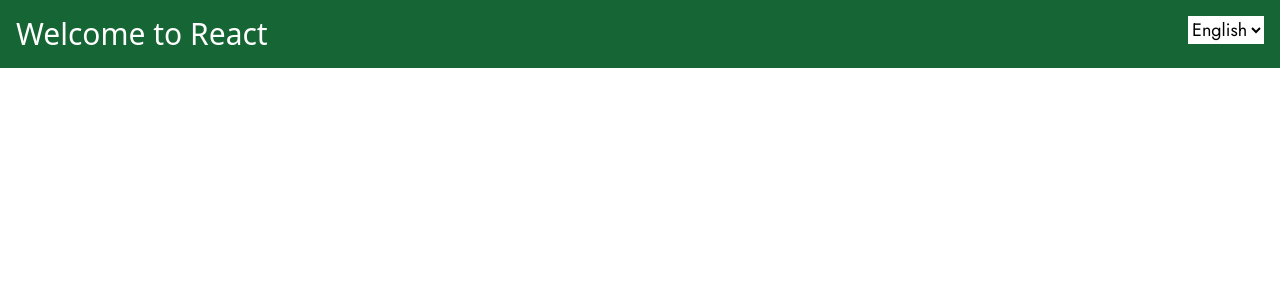
Repository: SaadYasin/react-internationalization
Page: /
The author's editor kept a copy of each file at every save. The page is drawn from the files as they stood at one save, then again after a run of saves.
The browser window is 1280 px wide. The pictures show the whole page.
The project was rebuilt for these pictures with package versions that can differ from the ones it lists, and the page was loaded fresh each time. Also part of the build but not shown: vite.config.js.

Above is the page before, as saved 2024-07-19 14:24:16.

### index.html
<!doctype html>
<html lang="en">
  <head>
    <meta charset="UTF-8" />
    <link rel="icon" type="image/svg+xml" href="/vite.svg" />
    <meta name="viewport" content="width=device-width, initial-scale=1.0" />
    <title>Vite + React</title>

    <!-- FONTS -->
    <link rel="preconnect" href="https://fonts.googleapis.com">
    <link rel="preconnect" href="https://fonts.gstatic.com" crossorigin>
    <link
      href="https://fonts.googleapis.com/css2?family=Jost:ital,wght@0,100..900;1,100..900&family=Poppins:ital,wght@0,100;0,200;0,300;0,400;0,500;0,600;0,700;0,800;0,900;1,100;1,200;1,300;1,400;1,500;1,600;1,700;1,800;1,900&display=swap"
      rel="stylesheet">

  </head>
  <body>
    <div id="root"></div>
    <script type="module" src="/src/main.jsx"></script>
  </body>
</html>

### src/App.jsx
/* eslint-disable no-unused-vars */
import React, { useEffect,useState } from "react";
import i18next from '../src/utils/i18next';
import { i18n } from '../src/utils/i18next';
import { useTranslation } from 'react-i18next'
import Cookies from "js-cookie";
function App() {
  const [locale, setLocale] = useState(i18n.language);

  i18n.on("languageChanged", (lng) => {
    setLocale(i18n.language);
  })

  const handleChange = (e) => {
    i18n.changeLanguage(e.target.value);
  }
  const { t } = useTranslation();

  const lng = Cookies.get("i18next") || "en";

  useEffect(() => {
    window.document.dir = i18next.dir();
  }, [lng]);

  return (
    <>
      <div className="flex justify-between p-4 bg-green-800">
        <h2 className="text-3xl text-start text-white ">
          {t("Welcome to React")}
        </h2>

        <div>
          <select
            value={locale}
            onChange={handleChange}
            className="bg-white text-[18px] font-secondary xl:ml-12 cursor-pointer"
          >
            <option
              value="en"
              className="text-[18px] text-primary font-secondary hover:text-primary-hover"
            >
              English
            </option>

            <option
              value="ar"
              className="text-[18px] text-primary font-secondary hover:text-primary-hover"
            >
              Arabic
            </option>
          </select>
        </div>

        {/* Language selection */}

        {/* <div className="flex justify-center gap-4 mt-10">
          <button
            onClick={() => i18next.changeLanguage("en")}
            className="text-[18px] bg-slate-800 text-white px-4 py-2 rounded-lg">English</button>


          <button
            onClick={() => i18next.changeLanguage("ar")}
            className="text-[18px] bg-slate-800 text-white px-4 py-2 rounded-lg">Arabic</button>

        </div> */}
      </div>
    </>
  );
}

export default App;

### src/index.css
@import url('https://fonts.googleapis.com/css2?family=Jost:ital,wght@0,100..900;1,100..900&family=Poppins:ital,wght@0,100;0,200;0,300;0,400;0,500;0,600;0,700;0,800;0,900;1,100;1,200;1,300;1,400;1,500;1,600;1,700;1,800;1,900&display=swap');

@tailwind base;
@tailwind components;
@tailwind utilities;

### src/utils/i18next.js
import i18n from "i18next";
import { initReactI18next } from "react-i18next";

import languageDetector from "i18next-browser-languagedetector";
import HttpApi from "i18next-http-backend";

i18n
  .use(initReactI18next)
  .use(languageDetector)
  .use(HttpApi)
  .init({
    fallbackLng: "en",
    detection: {
      order: [
        "htmlTag",
        "cookie",
        "localStorage",
        "sessionStorage",
        "navigator",
        "path",
        "subdomain",
      ],
      caches: ["cookie"],
    },
    backend: {
      loadPath: "/locale/{{lng}}/translation.json",
    },
  });

export default i18n;
export { i18n };

### tailwind.config.js
/** @type {import('tailwindcss').Config} */
export default {
  content: ["./index.html", "./src/**/*.{js,ts,jsx,tsx}"],
  theme: {
    fontFamily: {
      primary: ["Poppins", "sans-serif"],
      secondary: ["Jost", "sans-serif"],
    },
    extend: {},
  },
  plugins: [],
};

Loaded but not shown: src/main.jsx (common file)

After the next 3 saves:
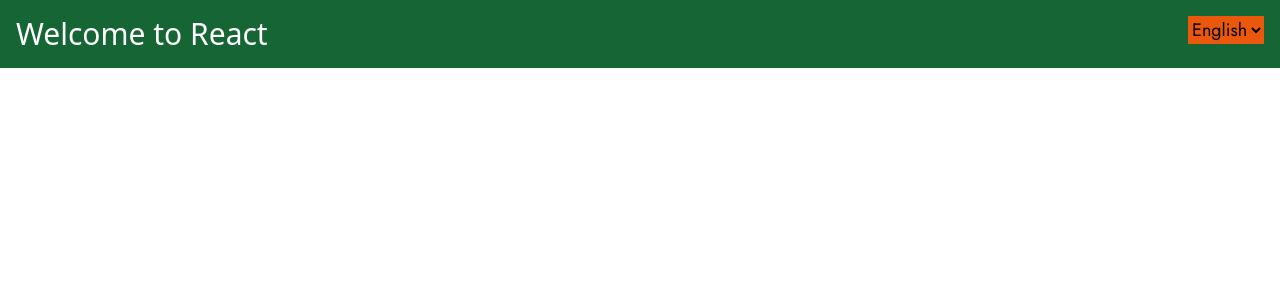
The 3 saves are shown as one change because they came seconds apart.
The last was saved 43 s later.
--- a/src/App.jsx
+++ b/src/App.jsx
@@ -33,7 +33,7 @@
           <select
             value={locale}
             onChange={handleChange}
-            className="bg-white text-[18px] font-secondary xl:ml-12 cursor-pointer"
+            className="bg-orange-600 text-[18px] font-secondary xl:ml-12 cursor-pointer"
           >
             <option
               value="en"
